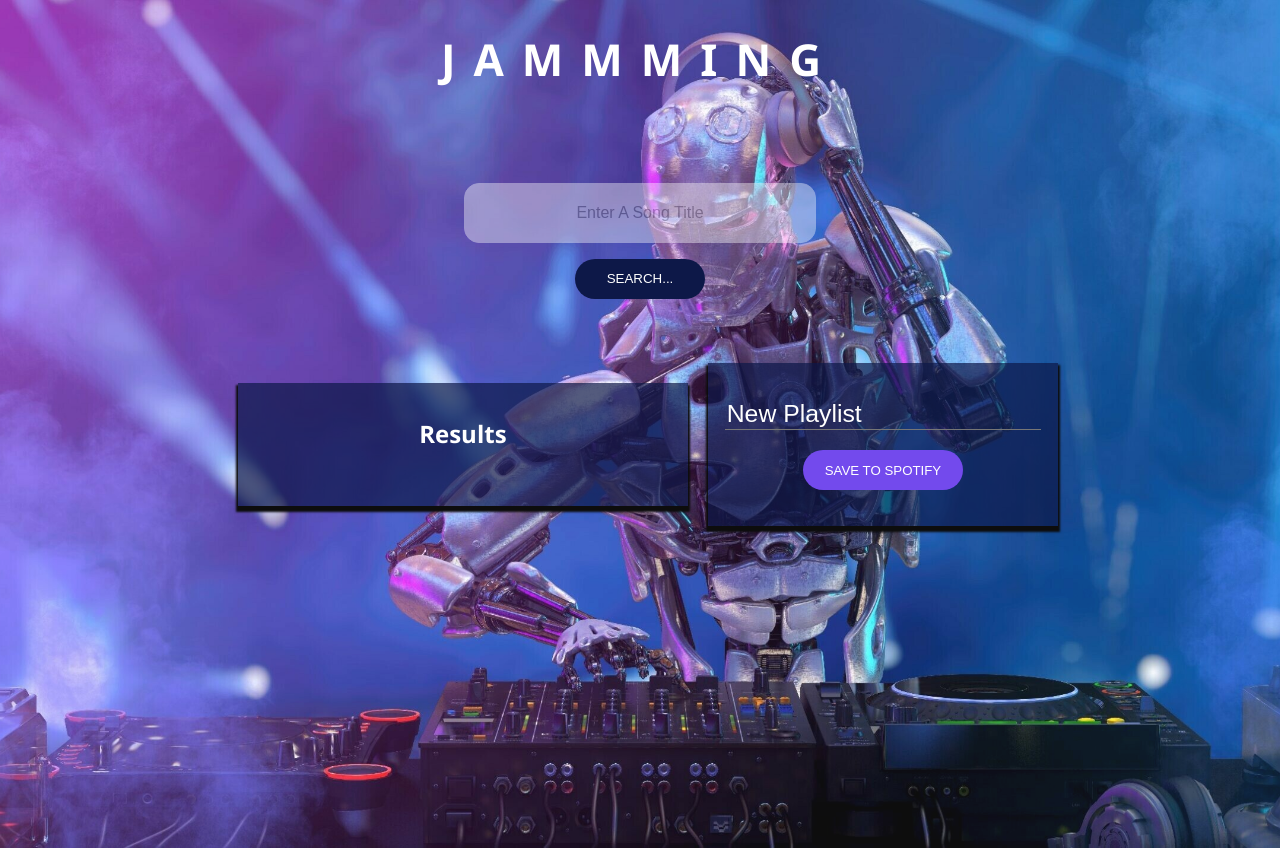
Repository: LolaSL/jamming
Page: /
An editor plug-in stored every save of this project. The page is shown before and after the next save, followed by the edit.
The browser window is 1280 px wide. The pictures show the whole page.
The project was rebuilt for these pictures with package versions that can differ from the ones it lists, and the page was loaded fresh each time. Also part of the build but not shown: src/components/Track/Track.css, src/components/Track/Track.jsx.

Above is the page before, as saved 2023-06-22 18:57:19.

After the next save:
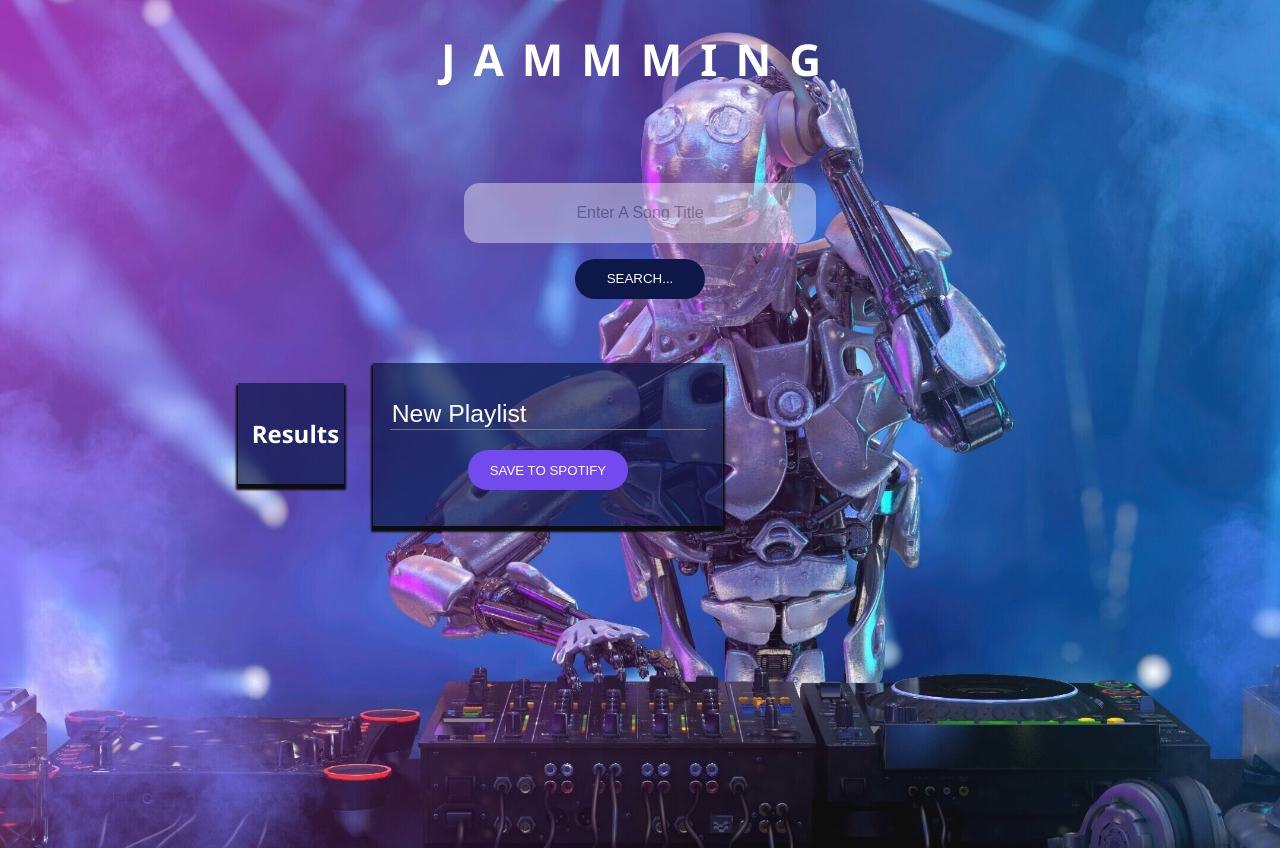
Saved 6 s later.
--- a/src/App/App.js
+++ b/src/App/App.js
@@ -47,9 +47,9 @@ const App = () => {
       </h1>
       <SearchBar onSearch={search} />
       <div className="App-playlist">
-        <div></div>
+        <div>
         <SearchResults searchResults={searchResults} onAdd={addTrack} />
-        <div></div>
+       </div> <div></div>
         <Playlist
           playlistName={playlistName}
           playlistTracks={playlistTracks}
